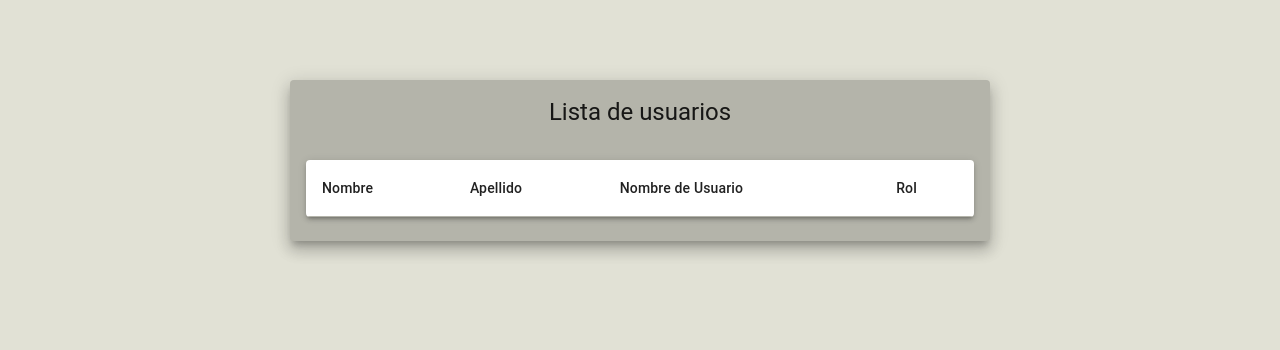
Repository: Mpablom/usuarioCaC-integrador-final-front
Page: /usuarios
An editor plug-in stored every save of this project. The page is shown before and after the next save, followed by the edit.
The browser window is 1280 px wide. The pictures show the whole page.
The page's requests for data from a server got no answer. The project was rebuilt for these pictures with package versions that can differ from the ones it lists, and the page was loaded fresh each time. No one was signed in, and anything a server would have sent is missing. Also part of the build but not shown: vite.config.ts, src/components/Login.tsx.

Above is the page before, as saved 2024-07-11 00:15:43.

After the next save:
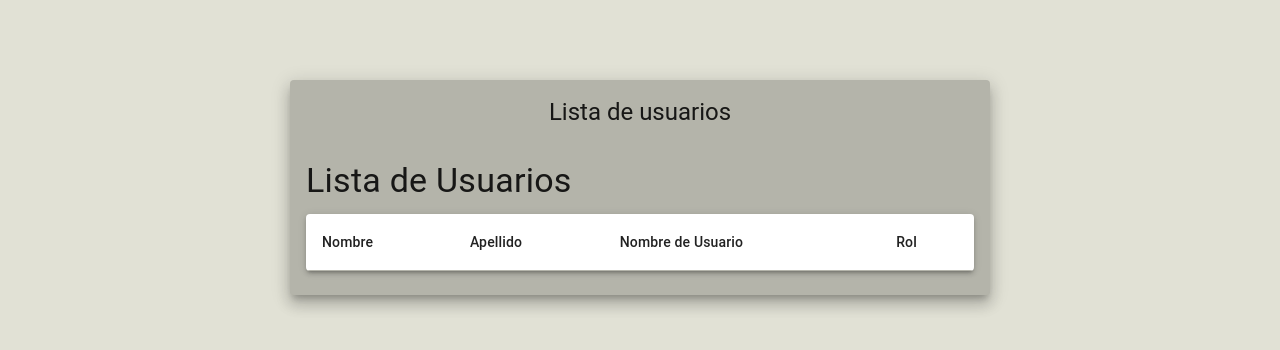
Saved 29 s later.
--- a/src/components/UsuariosTable.tsx
+++ b/src/components/UsuariosTable.tsx
@@ -10,6 +10,7 @@ import {
   Card,
   CardHeader,
   CardContent,
+  Typography,
 } from "@mui/material";
 import { Usuario } from "../models/UsuarioModel";
 import { getUsuarios } from "../axios/UsuarioApi";
@@ -37,6 +38,9 @@ const UsuariosTable: React.FC = () => {
         sx={{ textAlign: "center", fontSize: "2.5rem" }}
       ></CardHeader>
       <CardContent>
+         <Typography variant="h4" component="h1" gutterBottom>
+          Lista de Usuarios
+        </Typography>
         <TableContainer component={Paper} sx={{ boxShadow:'3' }}>
           <Table sx={{borderColor:"#b4b4aa"}}>
             <TableHead>
